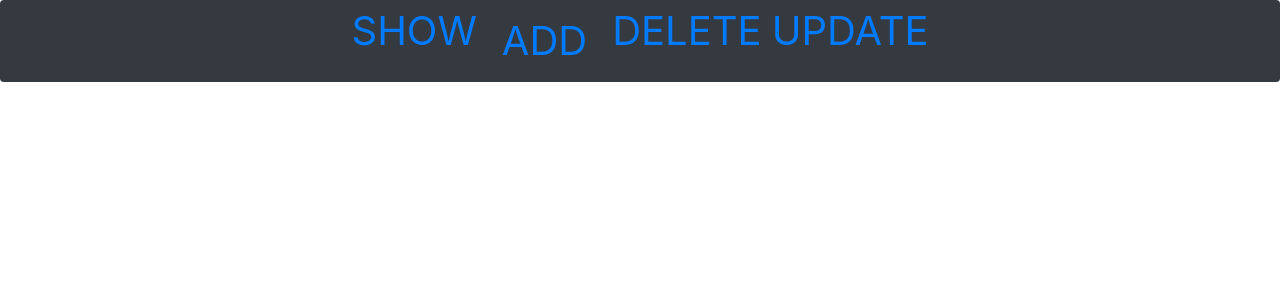
Repository: jalaj2123/SPRING-ORM
Page: Webap/src/main/webapp/home.html
The author's editor kept a copy of each file at every save. The page is drawn from the files as they stood at one save, then again after the next save.
The browser window is 1280 px wide. The pictures show the whole page.

Above is the page before, as saved 2022-03-17 08:49:53.

### Webap/src/main/webapp/home.html
<!DOCTYPE html>
<html>
<head>
<title>Insert title here</title>


<meta charset="utf-8">
<style>
a
{
font-size:40px
}

</style>


<meta name="viewport" content="width=device-width, initial-scale=1">
 <link rel="stylesheet" href="https://maxcdn.bootstrapcdn.com/bootstrap/3.4.1/css/bootstrap.min.css">
  <meta name="viewport" content="width=device-width, initial-scale=1">
  <link rel="stylesheet" href="https://cdn.jsdelivr.net/npm/bootstrap@4.6.1/dist/css/bootstrap.min.css">
  <script src="https://cdn.jsdelivr.net/npm/jquery@3.6.0/dist/jquery.slim.min.js"></script>
  <script src="https://cdn.jsdelivr.net/npm/popper.js@1.16.1/dist/umd/popper.min.js"></script>
  <script src="https://cdn.jsdelivr.net/npm/bootstrap@4.6.1/dist/js/bootstrap.bundle.min.js"></script>
  </head>
  <body>
  <header>
<nav class="navbar navbar-expand-sm bg-dark justify-content-center">
 <div class="row">
  <ul class="navbar-nav">
    <li class="nav-item active">
      <a class="nav-link" href="index.html">SHOW</a>
    </li>
    <li class="nav-item">
       <div class="col-sm-3"><a class="nav-link" href="insert.html">ADD</a></div>
    </li>
    <li class="nav-item">
      <a class="nav-link" href="delete">DELETE</a>
    </li>
    <li class="nav-item">
      <a class="nav-link " href="Update.html">UPDATE</a>
    </li>

  </ul>
  </div>
  </nav>

  </header>
</body>
</html>

After the next save:
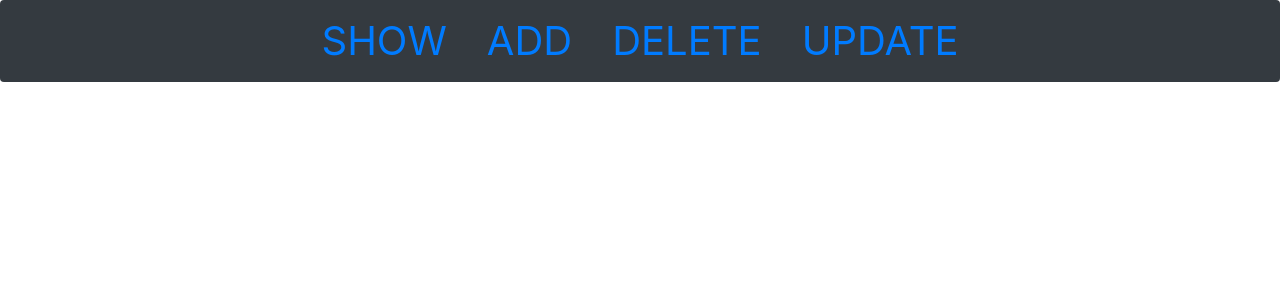
Saved 96 s later.
--- a/Webap/src/main/webapp/home.html
+++ b/Webap/src/main/webapp/home.html
@@ -28,16 +28,16 @@ font-size:40px
  <div class="row">
   <ul class="navbar-nav">
     <li class="nav-item active">
-      <a class="nav-link" href="index.html">SHOW</a>
+       <div class="col-sm-6"><a class="nav-link" href="index.html">SHOW</a></div>
     </li>
     <li class="nav-item">
        <div class="col-sm-3"><a class="nav-link" href="insert.html">ADD</a></div>
     </li>
     <li class="nav-item">
-      <a class="nav-link" href="delete">DELETE</a>
+      <div class="col-sm-6"> <a class="nav-link" href="delete">DELETE</a></div>
     </li>
     <li class="nav-item">
-      <a class="nav-link " href="Update.html">UPDATE</a>
+       <div class="col-sm-3"><a class="nav-link " href="Update.html">UPDATE</a></div>
     </li>
 
   </ul>
